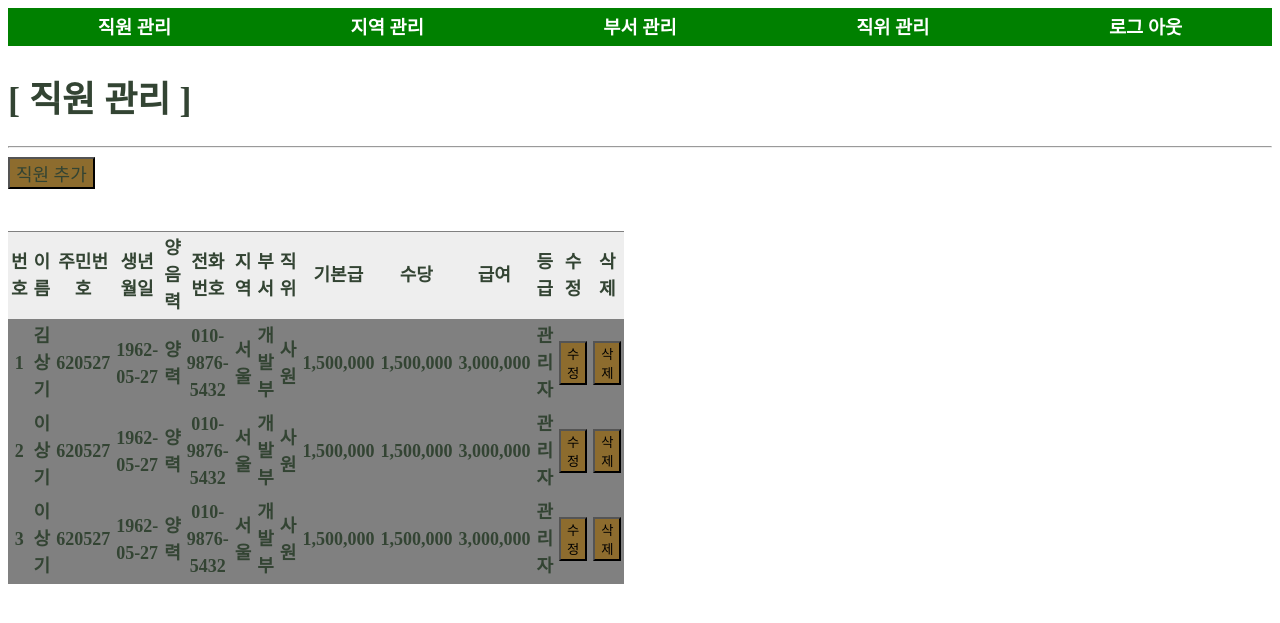
Repository: Umkimisstrong/UM_SpringMVCStudy
Page: http://localhost/mvc04/EmployeeList.jsp
The author's editor kept a copy of each file at every save. The page is drawn from the files as they stood at one save, then again after the next save.
The browser window is 1280 px wide. The pictures show the whole page.
The page is served by Tomcat 9.

Above is the page before, as saved 2022-05-27 01:39:52.

### mvc04/WebContent/EmployeeList.jsp
<%@ page contentType="text/html; charset=UTF-8"%>
<%@ taglib prefix="c" uri="http://java.sun.com/jsp/jstl/core"%>
<%
	request.setCharacterEncoding("UTF-8");
	String cp = request.getContextPath();
%>
<!DOCTYPE html>
<html>
<head>
<meta charset="UTF-8">
<title>EmployeeList.jsp</title>
<link rel="stylesheet" type="text/css" href="<%=cp %>/css/menustyle.css">
<link rel="stylesheet" type="text/css" href="<%=cp %>/css/main.css">
</head>
<body>

<!---------------------------------------------------
	#15 EmployeeList.jsp
	- 직원 리스트 출력 페이지
	- 관리자가 접근하는 직원 데이터 출력 페이지
	  (일반 직원이 접근하는 직원 데이터 출력페이지는
	   EmpList.jsp로 구성 예정)
 ---------------------------------------------------->


<div>
	<!-- 메뉴 영역 -->
	<div id="menu">
		<ul>
			<li>
				<a href="" class="menu">직원 관리</a>
			</li>

			<li>
				<a href="" class="menu">지역 관리</a>
			</li>

			<li>
				<a href="" class="menu">부서 관리</a>
			</li>

			<li>
				<a href="" class="menu">직위 관리</a>
			</li>

			<li>
				<a href="" class="menu">로그 아웃</a>
			</li>
		</ul>
	</div>

	<!-- 콘텐츠 영역 -->
	<div id="content">
		<h1>[ 직원 관리 ]</h1>
		<hr />

		<div>
			<form action="">
				<input type="button" value="직원 추가" class="btn" onclick="" />
			</form>
		</div>
		<br />
		<br />
	<!-- ---------------------------------------------------
	EMPLOYEEID NAME SSN BIRTHDAY LUNAR LUNARNAME TELEPHONE
	DEPARTMENTID DEPARTMENTNAME POSITIONID POSITIONNAME
	REGIONID REGIONNAME BASICPAY EXTRAPAY PAY GRADE
	----------------------------------------------------  -->
	<table id="customers" class="table">
		<tr>
			<!-- 항목 15EA -->
			<th>번호</th>
			<th>이름</th>
			<th>주민번호</th>
			<th>생년월일</th>
			<th>양음력</th>
			<th>전화번호</th>
			<th>지역</th>
			<th>부서</th>
			<th>직위</th>
			<th>기본급</th>
			<th>수당</th>
			<th>급여</th>
			<th>등급</th>
			<th>수정</th>
			<th>삭제</th>
		</tr>

		<tr>
			<td>1</td>
			<td>김상기</td>
			<td>620527</td>
			<td>1962-05-27</td>
			<td>양력</td>
			<td>010-9876-5432</td>
			<td>서울</td>
			<td>개발부</td>
			<td>사원</td>
			<td>1,500,000</td>
			<td>1,500,000</td>
			<td>3,000,000</td>
			<td>관리자</td>
			<td><button type="button" class="btn">수정</button></td>
			<td><button type="button" class="btn">삭제</button></td>
		</tr>
		<tr>
			<td>2</td>
			<td>이상기</td>
			<td>620527</td>
			<td>1962-05-27</td>
			<td>양력</td>
			<td>010-9876-5432</td>
			<td>서울</td>
			<td>개발부</td>
			<td>사원</td>
			<td>1,500,000</td>
			<td>1,500,000</td>
			<td>3,000,000</td>
			<td>관리자</td>
			<td><button type="button" class="btn">수정</button></td>
			<td><button type="button" class="btn">삭제</button></td>
		</tr>
		<tr>
			<td>3</td>
			<td>이상기</td>
			<td>620527</td>
			<td>1962-05-27</td>
			<td>양력</td>
			<td>010-9876-5432</td>
			<td>서울</td>
			<td>개발부</td>
			<td>사원</td>
			<td>1,500,000</td>
			<td>1,500,000</td>
			<td>3,000,000</td>
			<td>관리자</td>
			<td><button type="button" class="btn">수정</button></td>
			<td><button type="button" class="btn">삭제</button></td>
		</tr>



	</table>



	</div>

	<!-- 회사 소개 및 어플리케이션 소개 영역 -->
	<div id="footer">

	</div>






</div>





</body>
</html>

### mvc04/WebContent/css/main.css
@charset "UTF-8";

body, p, div, span, input, table, th, td, select, textarea
{
	font-size: 18px;
	font-family: 나눔고딕코딩;
	color: #343;

}
a
{
	text-decoration: none;
	color: gray;
}

a:hover
{
	text-decoration: underline;
	color: red;

}
.table
{
	border-collapse: collapse;
	width: 100%;
}
.table th, .table td
{
	border: 1px solid gray;
	border-left: 0px;
	border-right: 0px;

	padding: 3px;
	line-height: 150%;
	text-align: center;
}


.table th
{
	font-weight: bold;
	background-color: #eee;

}

.txt
{
	font-weight: bold;
	background-color: #408080;
	width:150px;
}
.txt:focus
{
	font-weight: bold;
	background-color: #948716;
	width:150px;
}

.control
{
	border: 1px solid grey;
	border-radius: 3px;
	font-weight: bold;
}

.table
{
	border-collapse: collapse;
	width: 250px;
	font-weight: bold;
}

.table th, .table td
{
	border: 1px solid grey;
	border-left: 1px;
	border-right: 1px;
	padding: 3px;
	line-height: 150%;
	font-weight: bold;
}
.table td
{
	background-color: gray;
	font-weight: bold;
}
.table th
{
	font-weight: bold;
	background-color: #EEE;
}
.btn
{
	background-color: #8d6c2e;
}

.btn01
{
	font-weight: bold;
	width: 80px;
	color: blue;
	background-color: gray;

}
.btn02
{
	font-weight: bold;
	width: 80px;
	color: red;
	background-color: gray;
}

.btn:hover
{
	font-weight: bold;
	color: white;
	background-color: tomato;
}

### mvc04/WebContent/css/menuStyle.css
@charset "UTF-8";

/* ========================
    #14. menuStyle.css
    - 메뉴스타일 구성
======================== */

ul
{
	list-style-type: none;
	margin: 0;
	padding: 0;
	overflow: hidden;
}

li
{
	width: 20%;
	float: left;
}

a.menu:link, a.menu:visited
{
	display: block;
	font-weight: bold;
	color: #ffffff;
	background-color: #008000;
	text-align: center;
	padding: 4px;
	text-decoration: none;
	text-transform: uppercase;
	height: 30px;
	font-size: 14pt;
}

a.menu:hover, a.menu:active
{
	background-color: #ffffff;
	color: #008000;
	border: 2px solid #008000;
	border-radius: 5px;
	height: 26px;
}

After the next save:
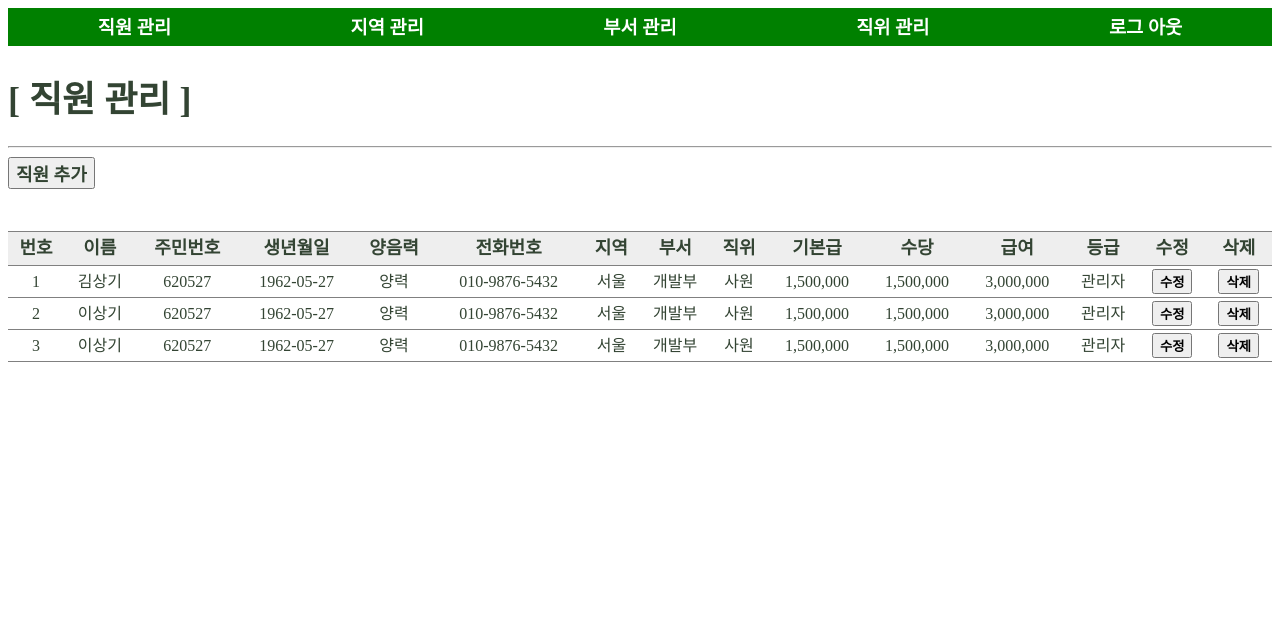
Saved 46 s later.
--- a/mvc04/WebContent/css/main.css
+++ b/mvc04/WebContent/css/main.css
@@ -40,79 +40,16 @@ a:hover
 {
 	font-weight: bold;
 	background-color: #eee;
-
 }
 
-.txt
+.table td
 {
-	font-weight: bold;
-	background-color: #408080;
-	width:150px;
-}
-.txt:focus
-{
-	font-weight: bold;
-	background-color: #948716;
-	width:150px;
+	font-size: 12pt;
 }
 
-.control
+.btn
 {
-	border: 1px solid grey;
-	border-radius: 3px;
+	cursor: pointer;
+	font-family: 맑은 고딕;
 	font-weight: bold;
 }
-
-.table
-{
-	border-collapse: collapse;
-	width: 250px;
-	font-weight: bold;
-}
-
-.table th, .table td
-{
-	border: 1px solid grey;
-	border-left: 1px;
-	border-right: 1px;
-	padding: 3px;
-	line-height: 150%;
-	font-weight: bold;
-}
-.table td
-{
-	background-color: gray;
-	font-weight: bold;
-}
-.table th
-{
-	font-weight: bold;
-	background-color: #EEE;
-}
-.btn
-{
-	background-color: #8d6c2e;
-}
-
-.btn01
-{
-	font-weight: bold;
-	width: 80px;
-	color: blue;
-	background-color: gray;
-
-}
-.btn02
-{
-	font-weight: bold;
-	width: 80px;
-	color: red;
-	background-color: gray;
-}
-
-.btn:hover
-{
-	font-weight: bold;
-	color: white;
-	background-color: tomato;
-}
